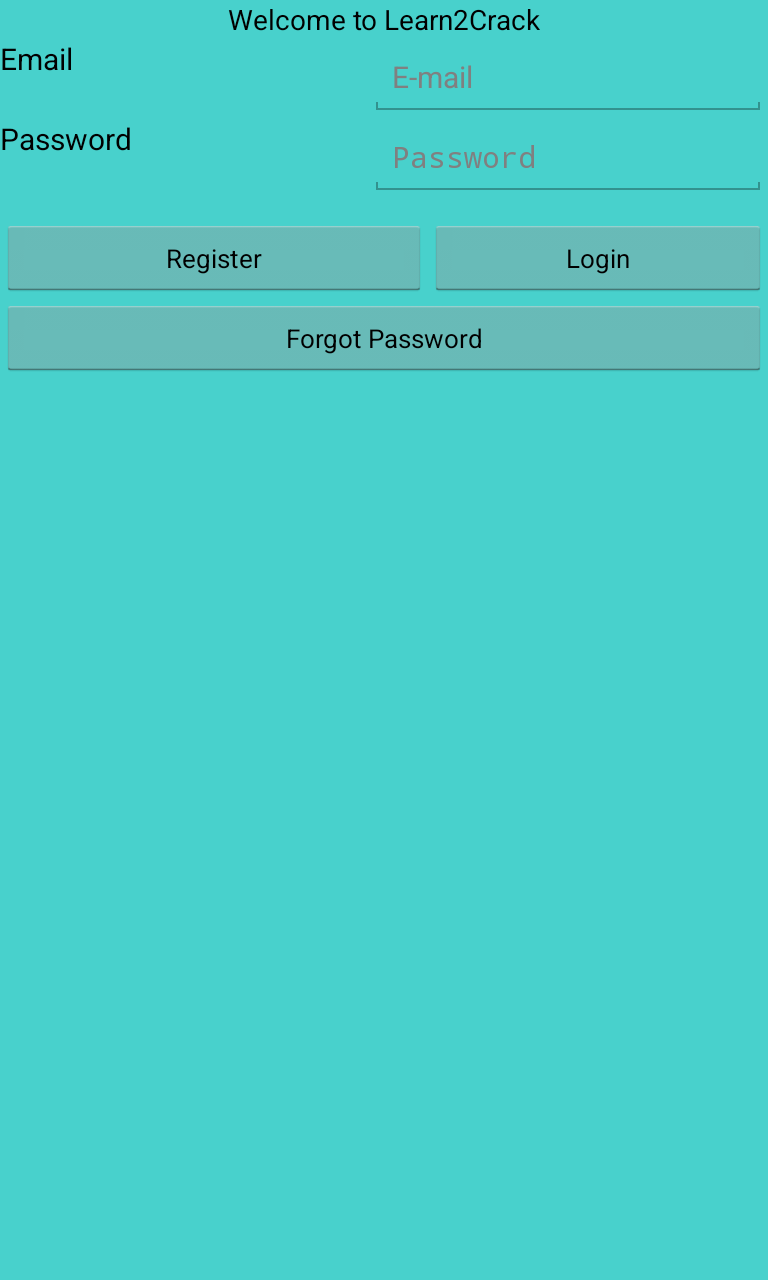
Repository: COMP231-S63G1/COMP231-S63G1
Layout: Wanna/res/layout/activity_login.xml
The author's editor kept a copy of each file at every save. The layout is drawn from the files as they stood at one save, then again after the next save.
It is drawn on a 768 x 1280 px phone screen (xhdpi) without system bars, with theme AppTheme; the app's code is not run.

Above is the layout before, as saved 2014-10-23 18:04:42.

### Wanna/res/layout/activity_login.xml
<?xml version="1.0" encoding="utf-8"?>
<RelativeLayout xmlns:android="http://schemas.android.com/apk/res/android"
              android:orientation="vertical"
              android:layout_width="fill_parent"
              android:layout_height="fill_parent"
              android:background="#48D1CC">
    <TextView
            android:layout_width="wrap_content"
            android:layout_height="wrap_content"
            android:text="Welcome to Learn2Crack"
            android:id="@+id/textView" android:layout_gravity="center"
            android:layout_alignParentTop="true"
            android:layout_centerHorizontal="true"
            android:textColor="#000000"/>
    <EditText
            android:layout_width="200dp"
            android:layout_height="40dp"
            android:hint="E-mail"
            android:id="@+id/email"
            android:layout_below="@+id/textView"
            android:layout_alignParentRight="true"
            android:textSize="15dp"
            android:textColor="#000000"/>
    <Button
            android:layout_width="170dp"
            android:layout_height="40dp"
            android:text="Login"
            android:id="@+id/login"
            android:textSize="13dp"
            android:textColor="#000000"
            android:layout_alignTop="@+id/registerbtn"
            android:layout_alignParentRight="true"/>
    <Button
            android:layout_width="220dp"
            android:layout_height="40dp"
            android:text="Register"
            android:id="@+id/registerbtn"
            android:layout_below="@+id/pword"
            android:layout_marginTop="10dp"
            android:textSize="13dp"
            android:textColor="#000000"
            android:layout_toLeftOf="@+id/login"/>
    <TextView
            android:layout_width="fill_parent"
            android:layout_height="56dp"
            android:id="@+id/loginErrorMsg"
            android:textColor="#000000"
            android:layout_below="@+id/passres"
            android:layout_alignParentLeft="true"/>
    <TextView
            android:layout_width="200dp"
            android:layout_height="40dp"
            android:text="Email"
            android:id="@+id/textView2"
            android:layout_alignTop="@+id/email"
            android:layout_toLeftOf="@+id/textView"
            android:textSize="15dp"
            android:textColor="#000000"/>
    <EditText
            android:layout_width="200dp"
            android:layout_height="40dp"
            android:inputType="textPassword"
            android:ems="10"
            android:id="@+id/pword"
            android:hint="Password"
            android:layout_below="@+id/email"
            android:layout_alignLeft="@+id/email"
            android:textSize="15dp"
            android:textColor="#000000"/>
    <TextView
            android:layout_width="200dp"
            android:layout_height="40dp"
            android:text="Password"
            android:id="@+id/pworda"
            android:layout_alignBottom="@+id/pword"
            android:layout_alignRight="@+id/textView2"
            android:textSize="15dp"
            android:textColor="#000000"/>
    <Button
            android:layout_width="wrap_content"
            android:layout_height="40dp"
            android:text="Forgot Password"
            android:id="@+id/passres"
            android:layout_below="@+id/login"
            android:layout_alignParentRight="true"
            android:layout_alignParentLeft="true"
            android:textSize="13dp"
            android:textColor="#000000"/>
</RelativeLayout>

### Wanna/res/values/strings.xml
<?xml version="1.0" encoding="utf-8"?>
<resources>

    <string name="app_name">Wanna?</string>
    <string name="hello_world">Hello world!</string>
    <string name="action_settings">Settings</string>
    <string name="welcome">Wanna...?</string>
    <string name="enterButton"> ENTER </string>
    <string name="title_activity_register_login">RegisterLogin</string>
    <string name="title_activity_home_page">Home</string>
    <string name="login">LOG IN</string>
    <string name="register">REGISTER</string>
    <string name="username">Username</string>
    <string name="name">Name</string>
    <string name="password">Password</string>
    <string name="retypePassword">Retype Password</string>
    <string name="loginButton">LOGIN</string>
    <string name="title_activity_create_event">Create Event</string>
    <string name="eventName">Event Name: </string>
    <string name="eventDescription">Description: </string>
    <string name="eventDate">Date: </string>
    <string name="eventTime">Time: </string>
    <string name="eventVenue">Venue: </string>
    <string name="eventLocation">Address: </string>
    <string name="eventPrice">Price range: </string>
    <string name="eventPurchase">Buy tickets now!</string>
    <string name="gender">Gender</string>
    <string name="genderMale">Male</string>
    <string name="genderFemale">Female</string>
    <string name="age">Age</string>
    <string name="description">Description</string>
    <string name="done">Done</string>
    <string name="cancel">Cancel</string>
    <string name="activity_profile_form">Profile Form</string>
    <string name="uploadImage">Upload Image</string>
    <string name="hintEventTime">Ex. 12am</string>
    <string name="hintEventDate">Ex. 1/1/2014</string>
    <string name="hintPrice">Ex. $35-$45</string>
    <string name="buttonCreateEvent">Create!</string>
    <string name="btnSearch">Search</string>
    <string name="searchEvent">Search Event</string>

    <string-array name="createEventArray">
        <item>Select Event Type</item>
        <item>Sports</item>
        <item>Entertainment</item>
    </string-array>

    <string name="title_activity_search_event">Wanna?</string>

</resources>

Loaded but not shown: Wanna/res/values/styles.xml (common file); Wanna/res/values-v11/styles.xml (common file); Wanna/res/values-v14/styles.xml (common file)

After the next save:
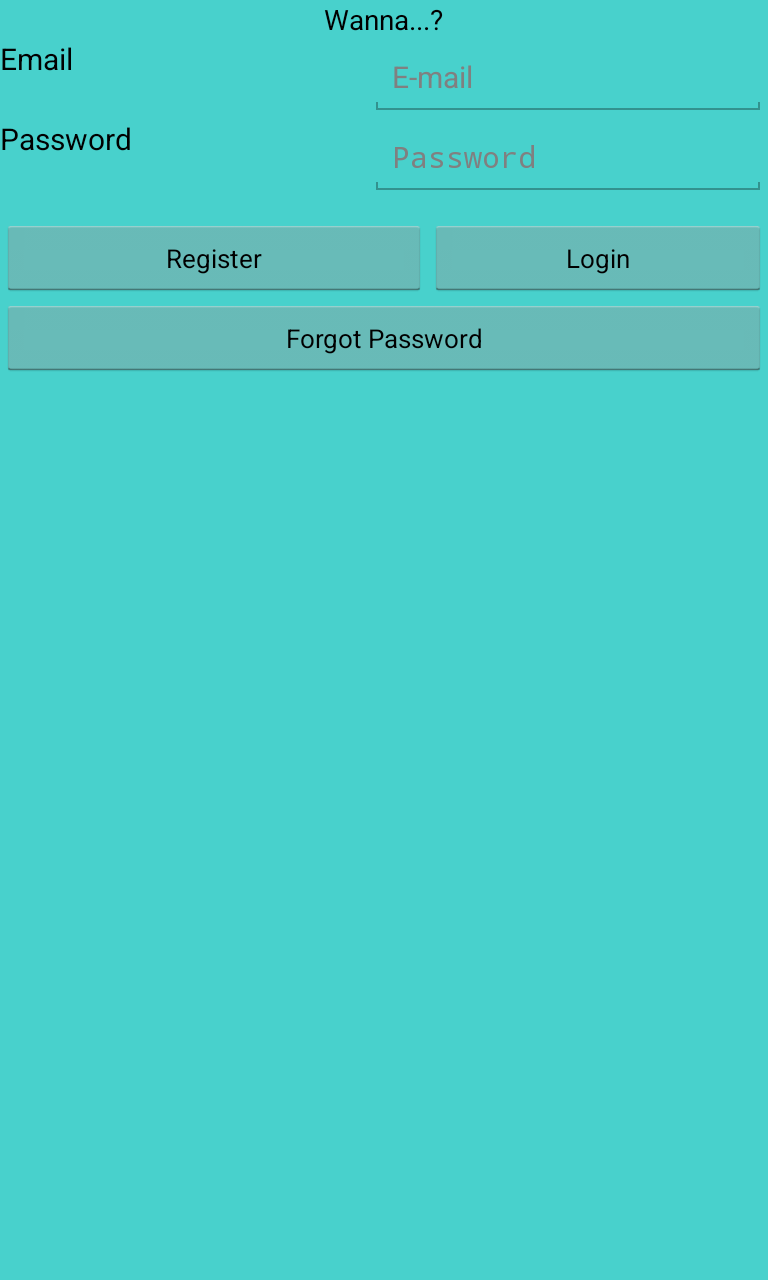
Saved 98 s later.
--- a/Wanna/res/layout/activity_login.xml
+++ b/Wanna/res/layout/activity_login.xml
@@ -7,7 +7,7 @@
     <TextView
             android:layout_width="wrap_content"
             android:layout_height="wrap_content"
-            android:text="Welcome to Learn2Crack"
+            android:text="@string/welcome"
             android:id="@+id/textView" android:layout_gravity="center"
             android:layout_alignParentTop="true"
             android:layout_centerHorizontal="true"
